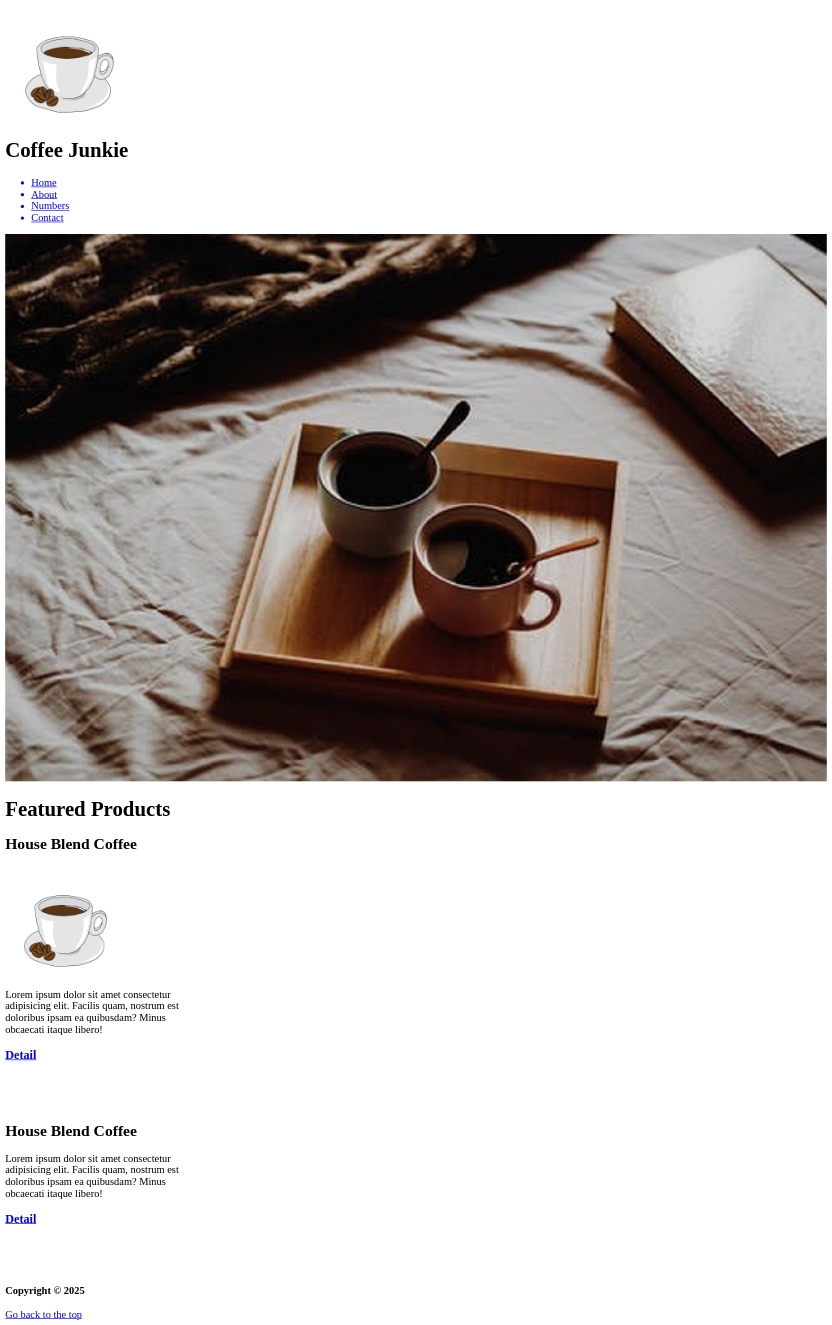
Repository: Tranghii/HTML-CSS
Page: HTML&CSS/miniExercise/index.html
An editor plug-in stored every save of this project. The page is shown before and after a run of saves, followed by the edit.
The browser window is 1280 px wide. The pictures show the whole page, at 65% of full size.

Above is the page before, as saved 2025-10-11 22:29:17.

After the next 2 saves:
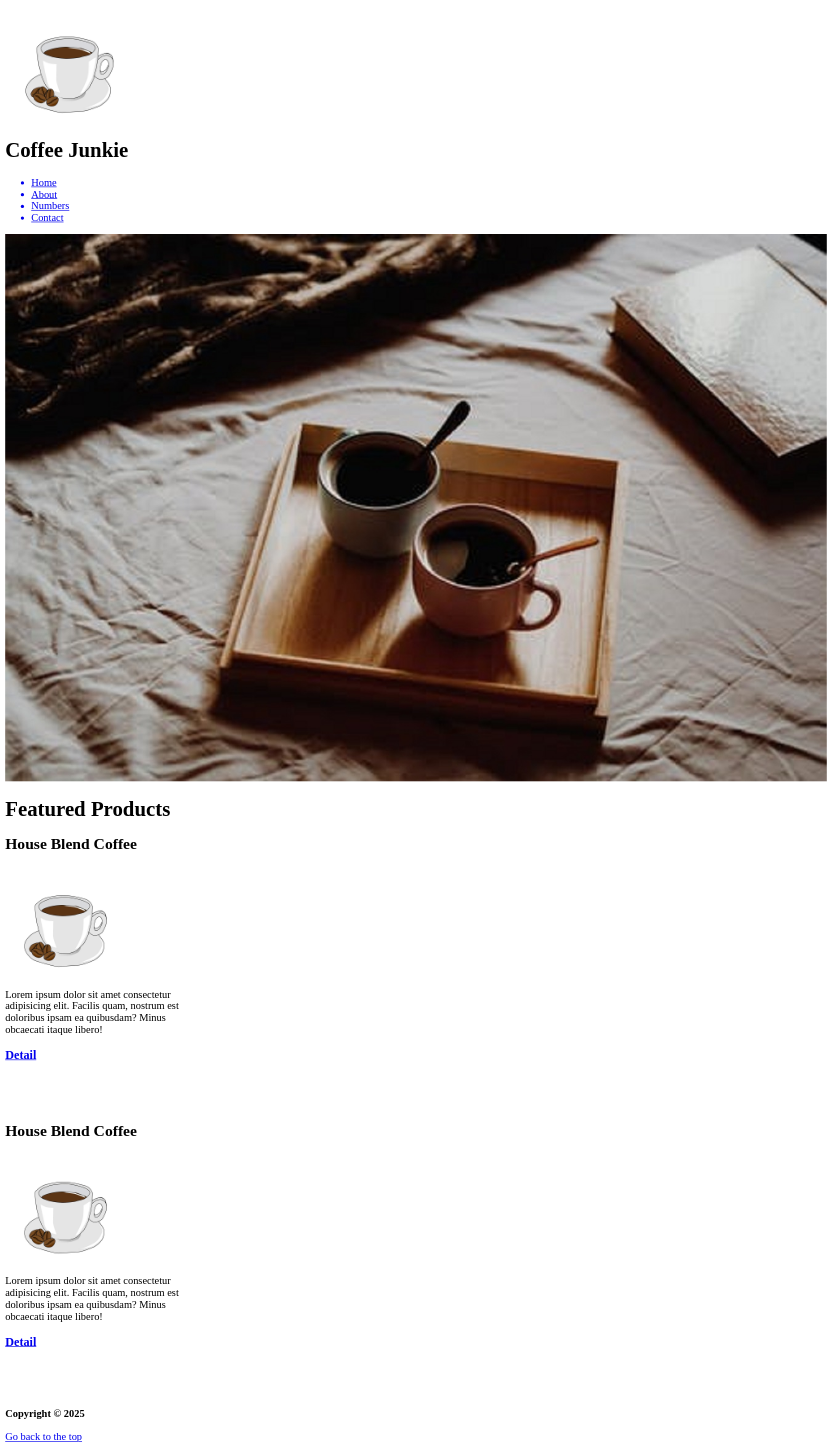
The 2 saves are shown as one change because they came seconds apart.
The last was saved 15 s later.
--- a/HTML&CSS/miniExercise/index.html
+++ b/HTML&CSS/miniExercise/index.html
@@ -30,6 +30,7 @@
         <br><br><br>
         <div id="French Roast">
             <h2>House Blend Coffee</h2>
+            <img src="images/coffeelogo.png" width="300" alt="">
             <p>Lorem ipsum dolor sit amet consectetur <br>
                 adipisicing elit. Facilis quam, nostrum est <br>
                 doloribus ipsam ea quibusdam? Minus <br>
